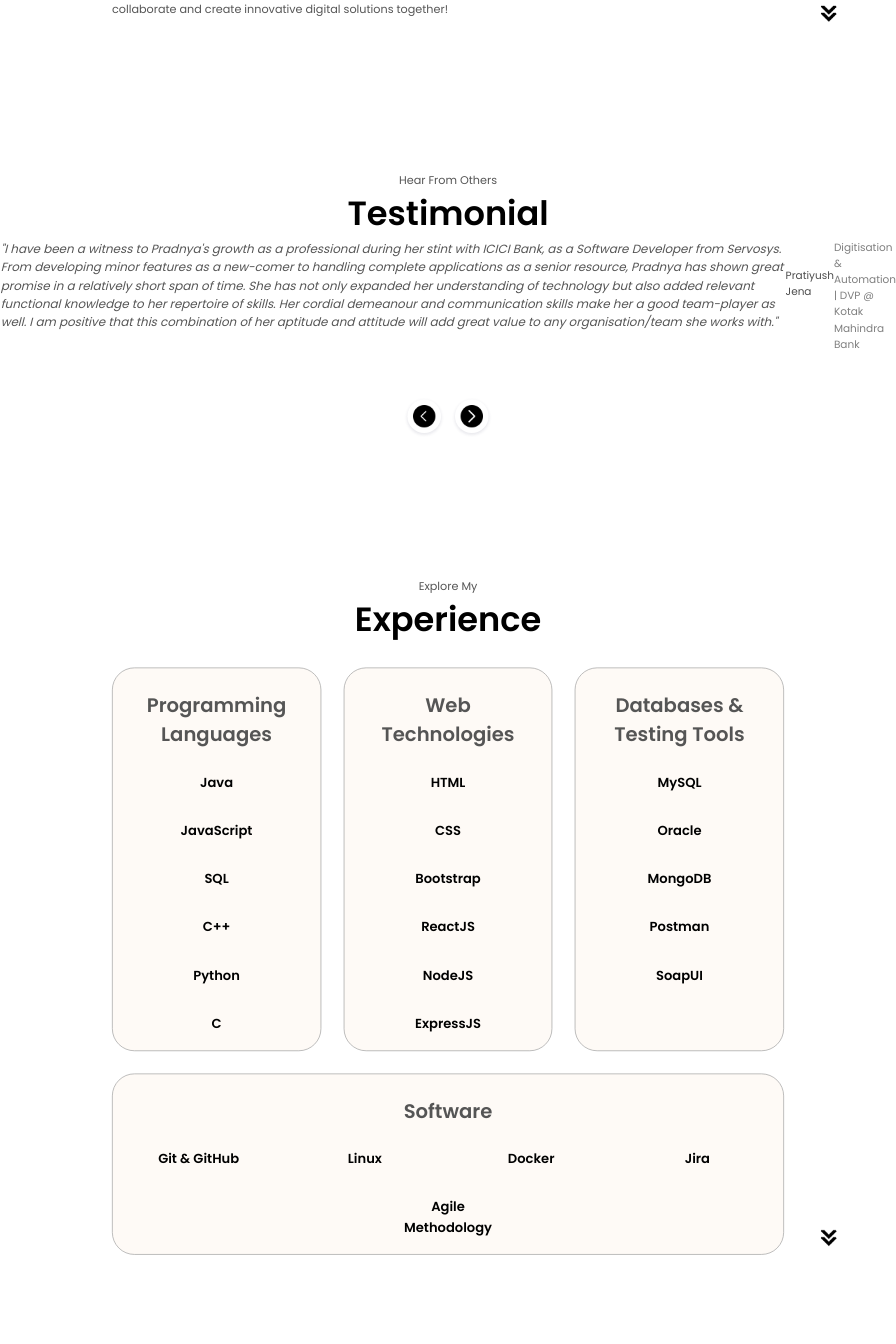
Repository: Pradnya-07/Portfolio-Pradnya
Page: index.html
An editor plug-in stored every save of this project. The page is shown before and after the next save, followed by the edit.
The browser window is 1280 px wide. The pictures show the part of the page from y = 1432 to 3352 px (the page is 6027 px tall), at 70% of full size.
After loading, the first visible `a.prev` was clicked once.
A picture or video elsewhere on the page could not be fetched, so the positions and the page height are approximate.

Above is the page before, as saved 2025-05-04 12:12:23.

### index.html
<!DOCTYPE html>
<html lang="en">

<head>
  <meta charset="UTF-8" />
  <meta http-equiv="X-UA-Compatible" content="IE=edge" />
  <meta name="viewport" content="width=device-width, initial-scale=1.0" />
  <title>My Portfolio</title>
  <link rel="stylesheet" href="style.css" />
  <link rel="stylesheet" href="mediaqueries.css" />
</head>

<body>
  <nav id="desktop-nav">
    <div class="logo">Pradnya Baviskar</div>
    <div>
      <ul class="nav-links">
        <li><a href="#about">About</a></li>
        <li><a href="#experience">Experience</a></li>
        <li><a href="#projects">Projects</a></li>
        <li><a href="#contact">Contact</a></li>
      </ul>
    </div>
  </nav>
  <nav id="hamburger-nav">
    <div class="logo">Pradnya Baviskar</div>
    <div class="hamburger-menu">
      <div class="hamburger-icon" onclick="toggleMenu()">
        <span></span>
        <span></span>
        <span></span>
      </div>
      <div class="menu-links">
        <li><a href="#about" onclick="toggleMenu()">About</a></li>
        <li><a href="#experience" onclick="toggleMenu()">Experience</a></li>
        <li><a href="#projects" onclick="toggleMenu()">Projects</a></li>
        <li><a href="#contact" onclick="toggleMenu()">Contact</a></li>
      </div>
    </div>
  </nav>
  <section id="profile">
    <div class="section__pic-container">
      <img src="./assets/profilephoto.jpg" alt="Pradnya Baviskar profile picture" />
    </div>
    <div class="section__text">
      <p class="section__text__p2">Hello, I'm</p>
      <h1 class="title">Pradnya Baviskar</h1>
      <p class="section__text__p2">Software Developer - Full Stack</p>
      <div class="btn-container">
        <button class="btn btn-color-2" onclick="window.open('./assets/pradnya_baviskar-3.pdf')">
          Download CV
        </button>
        <button class="btn btn-color-1" onclick="location.href='#contact'">
          Contact Info
        </button>
      </div>
      <div id="socials-container">
        <img src="./assets/linkedin.png" alt="My LinkedIn profile" class="icon"
          onclick="location.href='https://linkedin.com/'" />
        <img src="./assets/github.png" alt="My Github profile" class="icon"
          onclick="location.href='https://github.com/'" />
      </div>
    </div>
  </section>
  <section id="about">
    <p class="section__text__p1">Get To Know More</p>
    <h1 class="title">About Me</h1>
    <div class="section-container">

      <div class="about-details-container">
        <div class="about-containers">
          <div class="details-container">
            <img src="./assets/experience.png" alt="Experience icon" class="icon" />
            <h3>Experience</h3>
            <p>3+ years <br />Full Stack Development</p>
          </div>
          <div class="details-container">
            <img src="./assets/education.png" alt="Education icon" class="icon" />
            <h3>Education</h3>
            <p>B.Tech. Bachelors Degree<br />M.Sc. Masters Degree</p>
          </div>
        </div>
        <div class="text-container">
          <p>
            I'm a Full Stack Developer with over 3 years of experience building scalable, production-ready web
            applications.
            My expertise lies in backend development using Java, SQL Server, Oracle, and Spring Boot, combined with
            frontend technologies like JavaScript and React.js.
            I have contributed to large-scale projects by improving performance and delivering complex financial
            technology solutions for top-tier banks, ensuring both efficiency and innovation.
            I’m passionate about writing clean, maintainable code and collaborating within cross-functional teams to
            solve challenging problems.
          </p>
          <p style=" margin-top: 2%;">
            With a Master's degree in Software Engineering and Testing, I am committed to staying ahead in the evolving
            tech landscape by learning and implementing emerging technologies.
            Whether it’s designing sleek front-end interfaces or optimizing complex back-end systems, I strive to build
            applications that are efficient, user-friendly, and impactful.
            Let’s collaborate and create innovative digital solutions together!
          </p>
        </div>

      </div>
    </div>
    <img src="./assets/arrow.png" alt="Arrow icon" class="icon arrow" onclick="location.href='#experience'" />
  </section>

  <div class="testimonials-container">
    <p class="section__text__p1">Hear From Others</p>
    <h1 class="title">Testimonial</h1>
    <div class="testimonial">

      <p class="testtext">
        "I have been a witness to Pradnya's growth as a professional during her stint with ICICI Bank, as a Software
        Developer from Servosys.
        From developing minor features as a new-comer to handling complete applications as a senior resource, Pradnya
        has shown great promise in a relatively short span of time.
        She has not only expanded her understanding of technology but also added relevant functional knowledge to her
        repertoire of skills.
        Her cordial demeanour and communication skills make her a good team-player as well.
        I am positive that this combination of her aptitude and attitude will add great value to any organisation/team
        she works with."

      </p>

      <span class="numbertext">Pratiyush Jena</span>
      <span class="destext">Digitisation & Automation | DVP @ Kotak Mahindra Bank</span>
    </div>


    <div class="testimonial">

      <p class="testtext">
        "Pradnya was working as Developer in my team, during the course Pradnya proved her independent, hardworking,
        problem solving and technical skills,
        She completed the assigned task on time. She is understanding and can manage stuff on own.
        I recommend Pradnya for development position and with right guidance and support she is an asset for team."

      </p>

      <span class="numbertext">Nawaz Shaikh</span>
      <span class="destext">Senior Business Analyst | Product Management | Fintech</span>
    </div>


    <div class="testimonial">

      <p class="testtext">
        "Pradnya is an experienced professional in all aspects of software development. We used to discuss different
        approaches for the tasks.
        She always had a positive influence on team at stressful times. I never got a chance to work with her in the
        same team but I really appreciate all of her efforts she used to put in projects to finish them by the
        deadlines.
        She will be a good asset to any organization and I am happy to recommend her."

      </p>

      <span class="numbertext">Upasana Garg</span>
      <span class="destext"> R&D Software Engineer @Dassault Systems</span>
    </div>

    <div class="testimonial">

      <p class="testtext">
        "Pradnya is one of the most dedicated professionals I’ve worked with and is willing to put that extra help
        whenever required.
        Her expertise as a developer is considerable, and it helped the team always.
        Her contribution is valuable to the side, and I highly recommend Pradnya and would love to work with her again."

      </p>

      <span class="numbertext">Mahima Tayal</span>
      <span class="destext">Lead Software Engineer at UKG</span>
    </div>
    <div>
      <a class="prev">
        <img class="icon" src="./assets/leftarrow.png" alt="left" />

      </a>
      <a class="next">
        <img class="icon" src="./assets/rightarrow.png" alt="right" />
      </a>
    </div>
  </div>




  <section id="experience">
    <p class="section__text__p1">Explore My</p>
    <h1 class="title">Experience</h1>
    <div class="experience-details-container">
      <div class="about-containers">
        <div class="details-container">
          <h2 class="experience-sub-title">Programming Languages</h2>
          <div class="article-container">
            <article class="skills">

              <div>
                <h3 class="skills">Java</h3>
              </div>
            </article>
            <article class="skills">

              <div>
                <h3 class="skills">JavaScript</h3>

              </div>
            </article>
            <article class="skills">

              <div>
                <h3 class="skills">SQL</h3>

              </div>
            </article>
            <article class="skills">

              <div>
                <h3 class="skills">C++</h3>

              </div>
            </article>
            <article class="skills">

              <div>
                <h3>Python</h3>
              </div>
            </article>
            <article class="skills">

              <div>
                <h3 class="skills">C</h3>
              </div>
            </article>

          </div>
        </div>

        <div class="details-container">
          <h2 class="experience-sub-title">Web Technologies</h2>
          <div class="article-container">
            <article>

              <div>
                <h3>HTML</h3>
              </div>
            </article>
            <article>

              <div>
                <h3>CSS</h3>
              </div>
            </article>
            <article>

              <div>
                <h3>Bootstrap</h3>
              </div>
            </article>
            <article>

              <div>
                <h3>ReactJS</h3>
              </div>
            </article>
            <article>

              <div>
                <h3>NodeJS</h3>
              </div>
            </article>
            <article>

              <div>
                <h3>ExpressJS</h3>
              </div>
            </article>
          </div>
        </div>

        <div class="details-container">
          <h2 class="experience-sub-title">Databases & Testing Tools</h2>
          <div class="article-container">
            <article>

              <div>
                <h3>MySQL</h3>
              </div>
            </article>
            <article>

              <div>
                <h3>Oracle</h3>
              </div>
            </article>
            <article>

              <div>
                <h3>MongoDB</h3>
              </div>
            </article>
            <article>

              <div>
                <h3>Postman</h3>
              </div>
            </article>
            <article>

              <div>
                <h3>SoapUI</h3>
              </div>
            </article>

          </div>
        </div>

        <div class="details-container">
          <h2 class="experience-sub-title">Software</h2>
          <div class="article-container">
            <article>

              <div>
                <h3>Git & GitHub</h3>
              </div>
            </article>
            <article>

              <div>
                <h3>Linux</h3>
              </div>
            </article>



            <article>

              <div>
                <h3>Docker</h3>
              </div>
            </article>
            <article>

              <div>
                <h3>Jira</h3>
              </div>
            </article>
            <article>

              <div>
                <h3 class="skills">Agile Methodology</h3>
              </div>
            </article>
          </div>
        </div>




      </div>
    </div>
    <img src="./assets/arrow.png" alt="Arrow icon" class="icon arrow" onclick="location.href='#projects'" />
  </section>

  <section id="projects">
    <p class="section__text__p1">Browse My Recent</p>
    <h1 class="title">Projects</h1>
    <div class="experience-details-container">
      <div class="about-containers">
        <div class="details-container color-container">
          <div class="article-container">
            <img src="./assets/project1.png" alt="Project 1" class="project-img" />
          </div>
          <h2 class="experience-sub-title project-title">My Book Nest</h2>
          <div class="btn-container">
            <button class="btn btn-color-2 project-btn"
              onclick="location.href='https://github.com/Pradnya-07/Pradnya-s_Library'">
              Github
            </button>
            <button class="btn btn-color-2 project-btn"
              onclick="location.href='https://pradnya-s-library.onrender.com'">
              Live Demo
            </button>
          </div>
        </div>
        <div class="details-container color-container">
          <div class="article-container">
            <img src="./assets/scam.png" alt="Project 2" class="project-img" />
          </div>
          <h2 class="experience-sub-title project-title">Spam Email Detection</h2>
          <div class="btn-container">
            <button class="btn btn-color-2 project-btn"
              onclick="location.href='https://github.com/Pradnya-07/Spam_Email_Detection'">
              Github
            </button>
            <button class="btn btn-color-2 project-btn"
              onclick="location.href='https://spam-email-detection-9in7.onrender.com'">
              Live Demo
            </button>
          </div>
        </div>
        <div class="details-container color-container">
          <div class="article-container">
            <img src="./assets/forecast.png" alt="Project 3" class="project-img" />
          </div>
          <h2 class="experience-sub-title project-title">Weather Forecast</h2>
          <div class="btn-container" style="margin-top: 14%;">
            <button class="btn btn-color-2 project-btn"
              onclick="location.href='https://github.com/Pradnya-07/Weather-Dashboard'">
              Github
            </button>
            <button class="btn btn-color-2 project-btn"
              onclick="location.href='https://pradnya-07.github.io/Weather-Dashboard/'">
              Live Demo
            </button>
          </div>
        </div>
      </div>
    </div>
    <img src="./assets/arrow.png" alt="Arrow icon" class="icon arrow" onclick="location.href='#contact'" />
  </section>


  <div class="testimonials-container">
    <p class="section__text__p1">Hear From Others</p>
    <h1 class="title">Corporate Projects</h1>
    <div class="corporate">
      <span class="numbertext">Goods and Services Tax Overdraft</span>
      <p class="testtext">
        Worked on the GST Overdraft (GSTOD) Facility project aimed at providing collateral-backed working
        capital to Micro, Small, and Medium Enterprises (MSMEs) based on their Goods and Services Tax (GST) returns.
        The solution simplifies credit assessment by leveraging GST data, enabling quick digital processing and
        eliminating the need for traditional financial documents.
        The facility supports Overdraft (OD), Letter of Credit (LC), and Bank Guarantee (BG) options with loan amounts
        up to ₹3 crore.
      </p>

    </div>


    <div class="corporate">
      <span class="numbertext">Loan Origination and Processing System (LOPS)</span>
      <p class="testtext">
        Contributed to the development and enhancement of LOPS,
        an end-to-end digital platform that automates the loan application, underwriting, and disbursement processes for
        ICICI Bank's retail asset business.
        The system integrates with core banking, credit scoring, and compliance systems to ensure seamless processing
        and regulatory adherence.
        Key objectives included reducing manual intervention, improving processing times, and enhancing customer
        experience through a user-friendly interface.
      </p>

    </div>


    <div class="corporate">
      <span class="numbertext">Instant Settlement </span>
      <p class="testtext">
        Led the development of a real-time fund settlement system designed to credit merchant payments instantly through
        ICICI Bank’s digital platforms.
        The solution focused on streamlining settlement from Eazypay Point-of-Sale (POS) transactions directly into
        merchants’ current accounts, eliminating delays associated with traditional disbursement workflows.
        Unlike conventional processes that rely on downstream transaction data, this system leverages pre-verified
        inputs from sanctioning systems to ensure merchant eligibility upfront, enabling faster and more secure
        settlements.
        This significantly enhanced the merchant experience by improving cash flow, reducing settlement time, and
        increasing operational efficiency.
      </p>

    </div>


    <div>
      <a class="prev">
        <img class="icon" src="./assets/leftarrow.png" alt="left" />

      </a>
      <a class="next">
        <img class="icon" src="./assets/rightarrow.png" alt="right" />
      </a>
    </div>
  </div>








  <section id="contact">


    <div class="contact-info-upper-container">
      <div class="contact-info-container">
        <img src="./assets/email.png" alt="Email icon" class="icon contact-icon email-icon" />
        <p><a href="mailto:pradnyabaviskar56p@gmail.com">pradnyabaviskar56p@gmail.com</a></p>
      </div>
      <div class="contact-info-container">
        <img src="./assets/linkedin.png" alt="LinkedIn icon" class="icon contact-icon" />
        <p><a href="https://www.linkedin.com">LinkedIn</a></p>
      </div>
    </div>
  </section>
  <footer>
    <nav>
      <div class="nav-links-container">
        <ul class="nav-links">
          <li><a href="#about">About</a></li>
          <li><a href="#experience">Experience</a></li>
          <li><a href="#projects">Projects</a></li>
          <li><a href="#contact">Contact</a></li>
        </ul>
      </div>
    </nav>
    <p>Copyright &#169; 2025 Pradnya Baviskar. All Rights Reserved.</p>
  </footer>
  <script src="script.js"></script>
</body>

</html>

### mediaqueries.css
@media screen and (max-width: 1400px) {
  #profile {
    height: 83vh;
    margin-bottom: 6rem;
  }
  .about-containers {
    flex-wrap: wrap;
  }
  #contact,
  #projects {
    height: fit-content;
  }
}

@media screen and (max-width: 1200px) {
  #desktop-nav {
    display: none;
  }
  #hamburger-nav {
    display: flex;
  }
  #experience,
  .experience-details-container {
    margin-top: 2rem;
  }
  #profile,
  .section-container {
    display: block;
  }
  .arrow {
    display: none;
  }
  section,
  .section-container {
    height: fit-content;
  }
  section {
    margin: 0 5%;
  }
  .section__pic-container {
    width: 275px;
    height: 275px;
    margin: 0 auto 2rem;
  }
  .about-containers {
    margin-top: 0;
  }
}

@media screen and (max-width: 600px) {
  #contact,
  footer {
    height: 40vh;
  }
  #profile {
    height: 83vh;
    margin-bottom: 0;
  }
  article {
    font-size: 1rem;
  }
  footer nav {
    height: fit-content;
    margin-bottom: 2rem;
  }
  .about-containers,
  .contact-info-upper-container,
  .btn-container {
    flex-wrap: wrap;
  }
  .contact-info-container {
    margin: 0;
  }
  .contact-info-container p,
  .nav-links li a {
    font-size: 1rem;
  }
  .experience-sub-title {
    font-size: 1.25rem;
  }
  .logo {
    font-size: 1.5rem;
  }
  .nav-links {
    flex-direction: column;
    gap: 0.5rem;
    text-align: center;
  }
  .section__pic-container {
    width: auto;
    height: 46vw;
    justify-content: center;
  }
  .section__text__p2 {
    font-size: 1.25rem;
  }
  .title {
    font-size: 2rem;
  }
  .text-container {
    text-align: justify;
  }
}

### script.js
function toggleMenu() {
  const menu = document.querySelector(".menu-links");
  const icon = document.querySelector(".hamburger-icon");
  menu.classList.toggle("open");
  icon.classList.toggle("open");
}

let counter = 1;
showTestimonials(counter);

document.querySelector(".prev").addEventListener("click", () => {
    computeTestimonials(-1)
})

document.querySelector(".next").addEventListener("click", () => {
    computeTestimonials(1)
})

function computeTestimonials(t) {
    showTestimonials((counter += t))
}

function showTestimonials(n) {
  let i;
  let testimonials = document.getElementsByClassName("testimonial");

  if (n > testimonials.length) {
    counter = 1;
  }
  if (n < 1) {
    counter = testimonials.length;
  }

  for( i = 0; i < testimonials.length; i++){
      testimonials[i].style.display = "none"
  }

  testimonials[counter - 1].style.display = "flex"
}




let count = 1;
showcorporate(count);

document.querySelector(".prev").addEventListener("click", () => {
    computeTestimonials(-1)
})

document.querySelector(".next").addEventListener("click", () => {
    computeTestimonials(1)
})

function computeTestimonials(t) {
  showcorporate((count += t))
}

function showcorporate(n) {
  let i;
  let testimonials = document.getElementsByClassName("corporate");

  if (n > testimonials.length) {
    count = 1;
  }
  if (n < 1) {
    count = testimonials.length;
  }

  for( i = 0; i < testimonials.length; i++){
      testimonials[i].style.display = "none"
  }

  testimonials[count - 1].style.display = "flex"
}

Loaded but not shown: style.css (550 lines, source omitted)

After the next save:
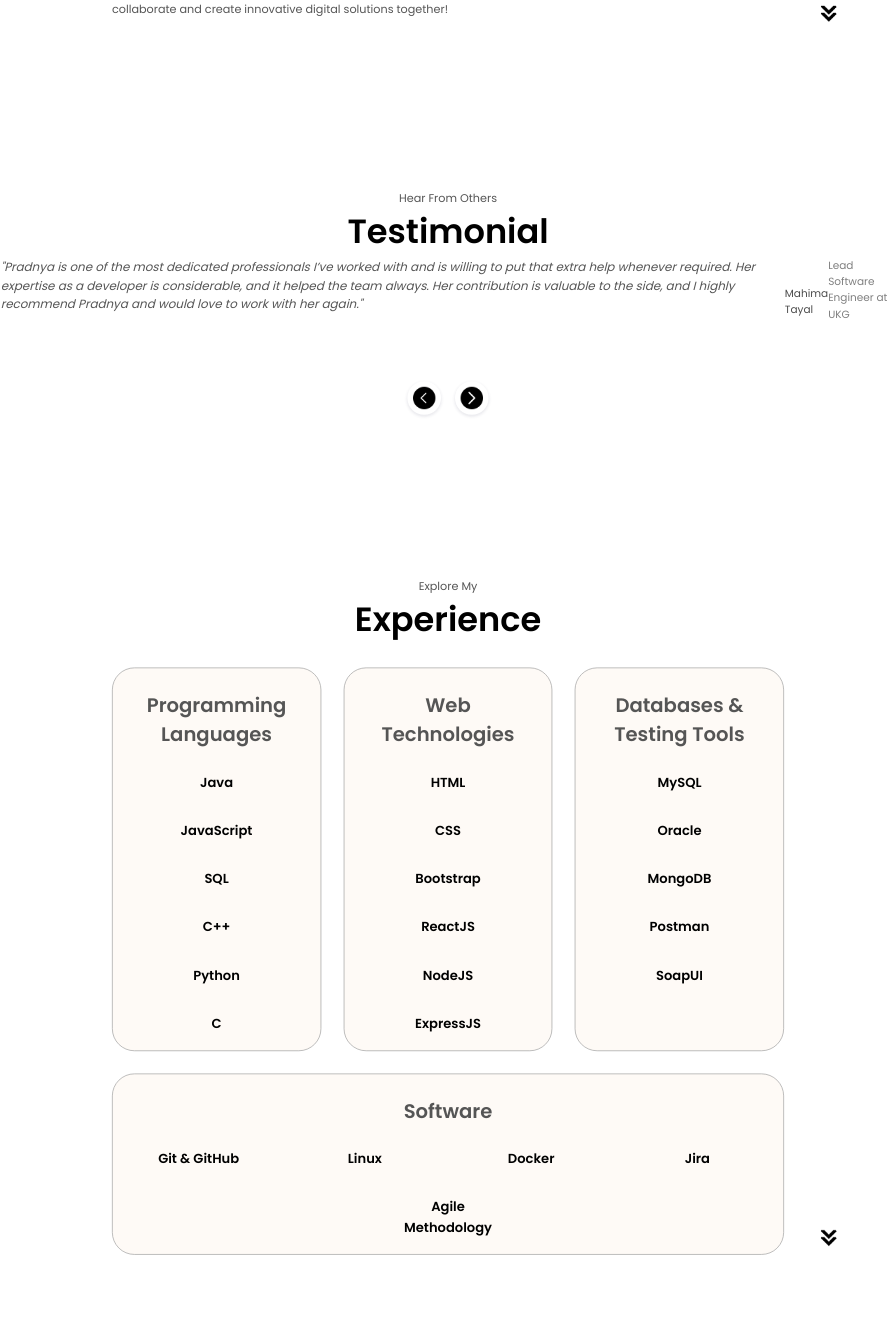
Saved 4 min 40 s later.
--- a/script.js
+++ b/script.js
@@ -45,31 +45,31 @@ let count = 1;
 showcorporate(count);
 
 document.querySelector(".prev").addEventListener("click", () => {
-    computeTestimonials(-1)
+  computecorporate(-1)
 })
 
 document.querySelector(".next").addEventListener("click", () => {
-    computeTestimonials(1)
+  computecorporate(1)
 })
 
-function computeTestimonials(t) {
+function computecorporate(t) {
   showcorporate((count += t))
 }
 
 function showcorporate(n) {
   let i;
-  let testimonials = document.getElementsByClassName("corporate");
+  let corporate = document.getElementsByClassName("corporate");
 
-  if (n > testimonials.length) {
+  if (n > corporate.length) {
     count = 1;
   }
   if (n < 1) {
-    count = testimonials.length;
+    count = corporate.length;
   }
 
-  for( i = 0; i < testimonials.length; i++){
-      testimonials[i].style.display = "none"
+  for( i = 0; i < corporate.length; i++){
+    corporate[i].style.display = "none"
   }
 
-  testimonials[count - 1].style.display = "flex"
+  corporate[count - 1].style.display = "flex"
 }
